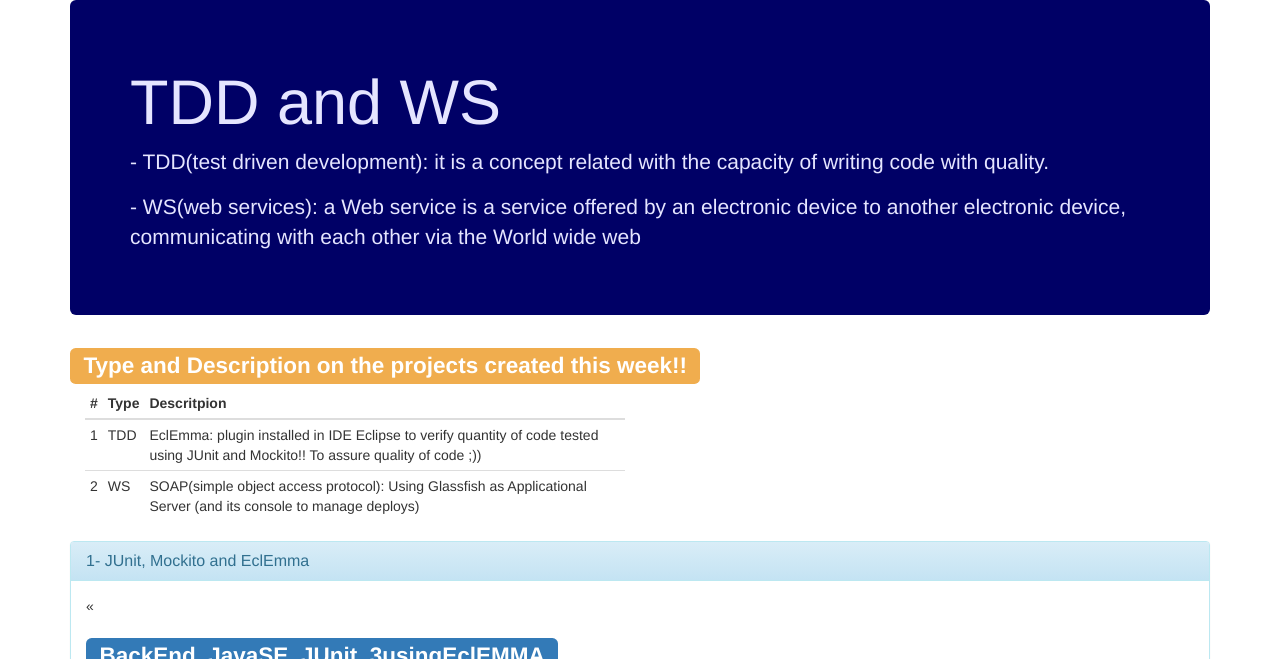
Repository: atafs/Deploy_GoogleAppEngine_webAPPS
Page: Project_001_Deploy_americotomasLIB/war/index.html
An editor plug-in stored every save of this project. The page is shown before and after the next save, followed by the edit.
The browser window is 1280 px wide. The pictures show the part of the page from y = 0 to 659 px (the page is 2271 px tall before and 2251 px after).
Pictures or frames that could not be fetched are drawn as grey boxes.

Above is the page before, as saved 2016-01-28 11:52:55.
Console error (its wording comes from the project's code and is left out).

After the next save:
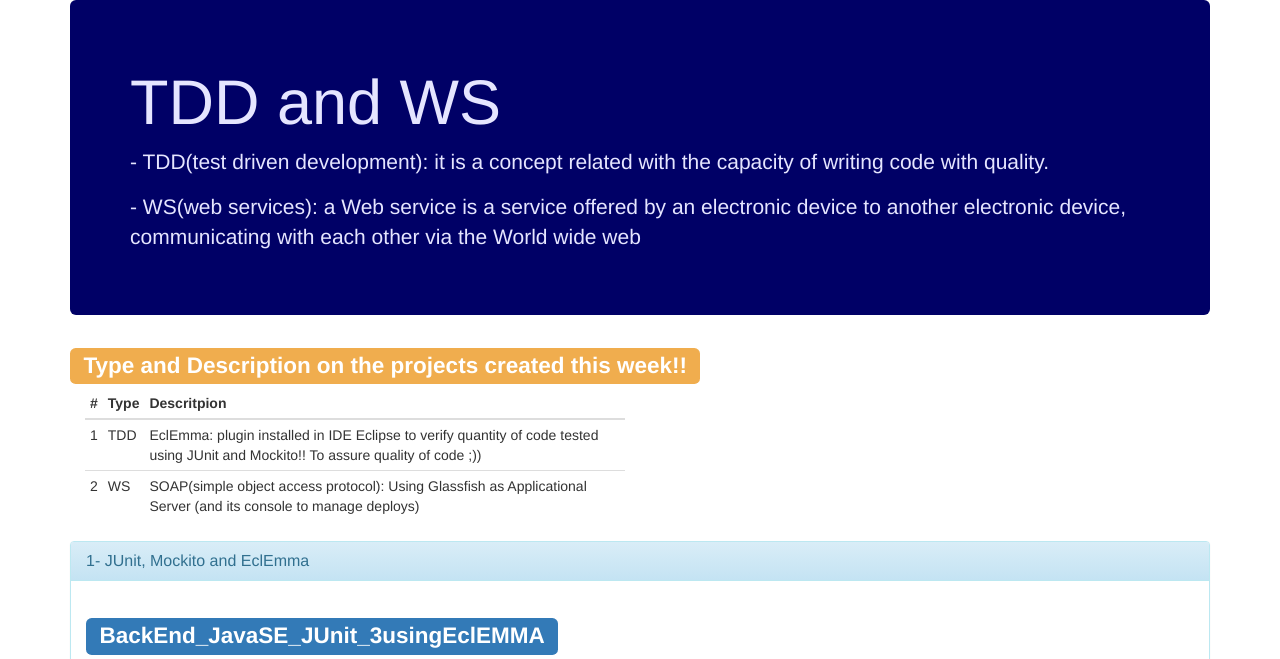
Saved 24 s later.
--- a/Project_001_Deploy_americotomasLIB/war/index.html
+++ b/Project_001_Deploy_americotomasLIB/war/index.html
@@ -56,7 +56,7 @@
 					<h3 class="panel-title">1- JUnit, Mockito and EclEmma</h3>
 				</div>
 				<div class="panel-body">
-«					<h2>
+					<h2>
 						<span class="label label-primary" style="color: white;">BackEnd_JavaSE_JUnit_3usingEclEMMA</span>
 					</h2>
 					<iframe width="560" height="315" src="https://www.youtube.com/embed/hkk8kWs78kk?list=PLBaNeIDelX0LWugK_EMfT9q_S85-bH_qY" frameborder="0" allowfullscreen></iframe>;
